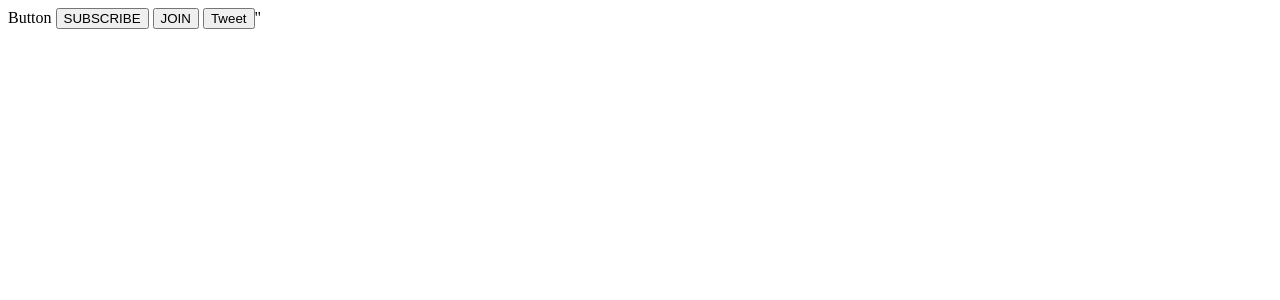
Repository: knowledgeAlan/css-lession-project
Page: lesson-03/buttons.html
The author's editor kept a copy of each file at every save. The page is drawn from the files as they stood at one save, then again after the next save.
The browser window is 1280 px wide. The pictures show the whole page.

Above is the page before, as saved 2024-01-09 19:39:43.

After the next save:
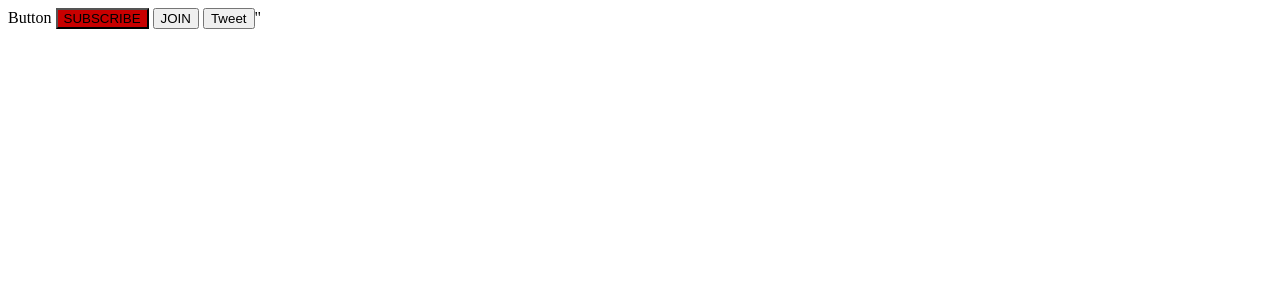
Saved 10 s later.
--- a/lesson-03/buttons.html
+++ b/lesson-03/buttons.html
@@ -5,7 +5,7 @@
 
     <style>
         .subscribe-button{
-
+            background-color: rgb(200, 0, 0);
         }
     </style>
     <body>
